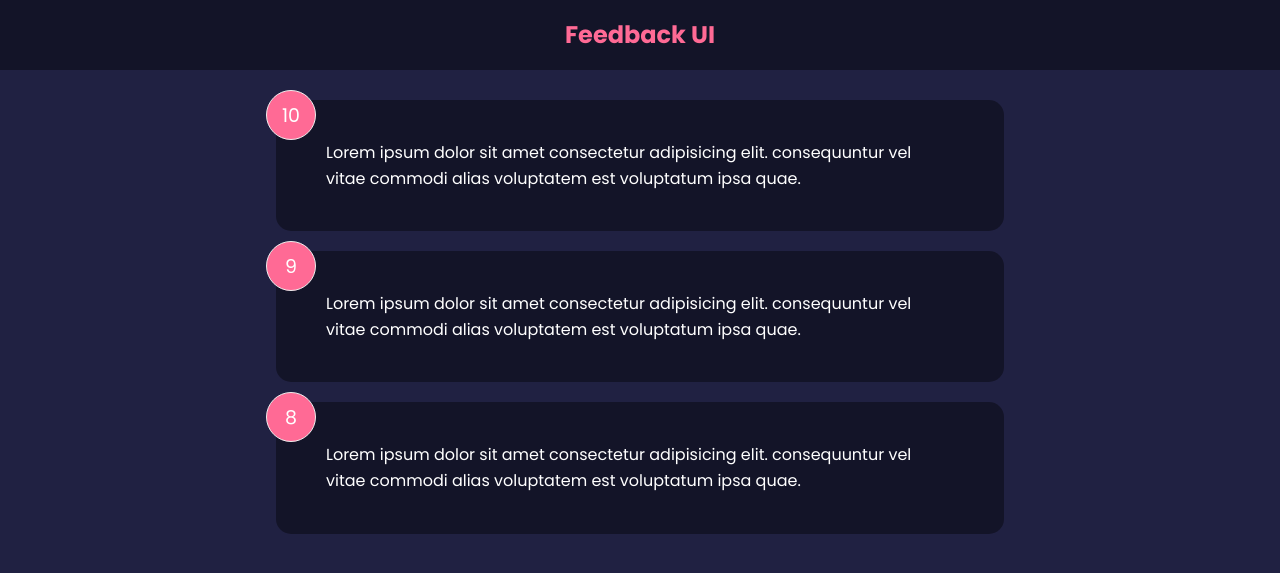
Repository: minhtien9/Feedback_App
Page: /
These files come from the project's save history. The page is drawn as it stood at one moment and after the next save; the edit follows.
The browser window is 1280 px wide. The pictures show the whole page.
The project was rebuilt for these pictures with package versions that can differ from the ones it lists, and the page was loaded fresh each time.

Above is the page before, as saved 2022-02-17 18:32:27.

After the next save:
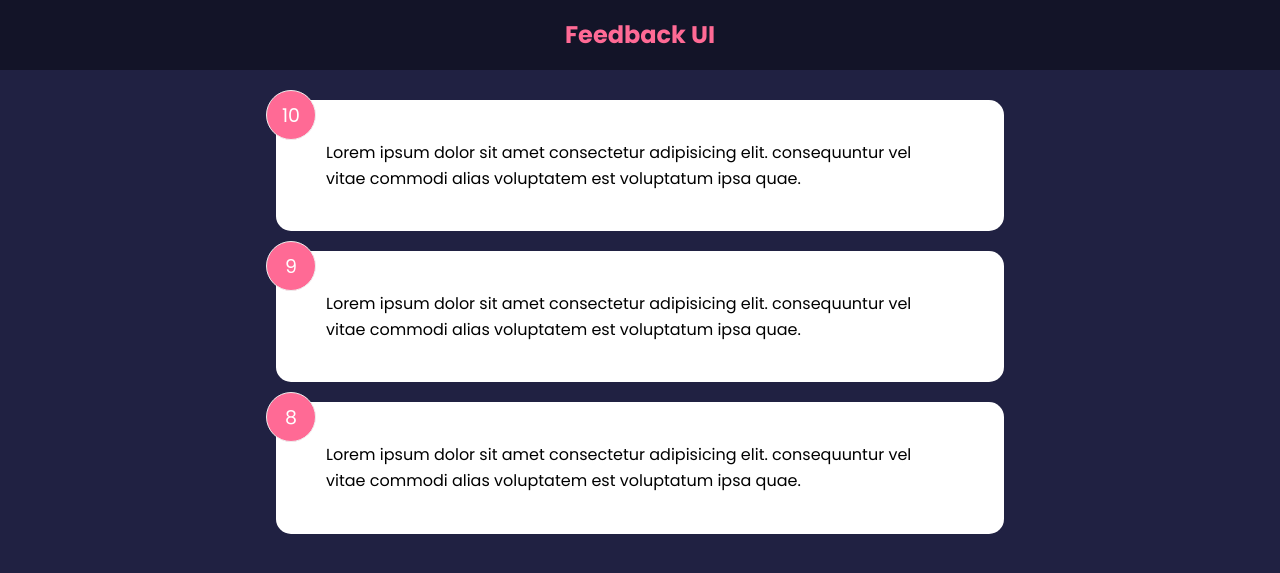
Saved 12 s later.
--- a/src/components/FeedbackItem.jsx
+++ b/src/components/FeedbackItem.jsx
@@ -4,7 +4,7 @@ FeedbackItem.propTypes = {}
 
 function FeedbackItem({ item }) {
     return (
-        <Card reverse={true}>
+        <Card>
             <div className='num-display'>{item.rating}</div>
             <div className='text-display'>{item.text}</div>
         </Card>
